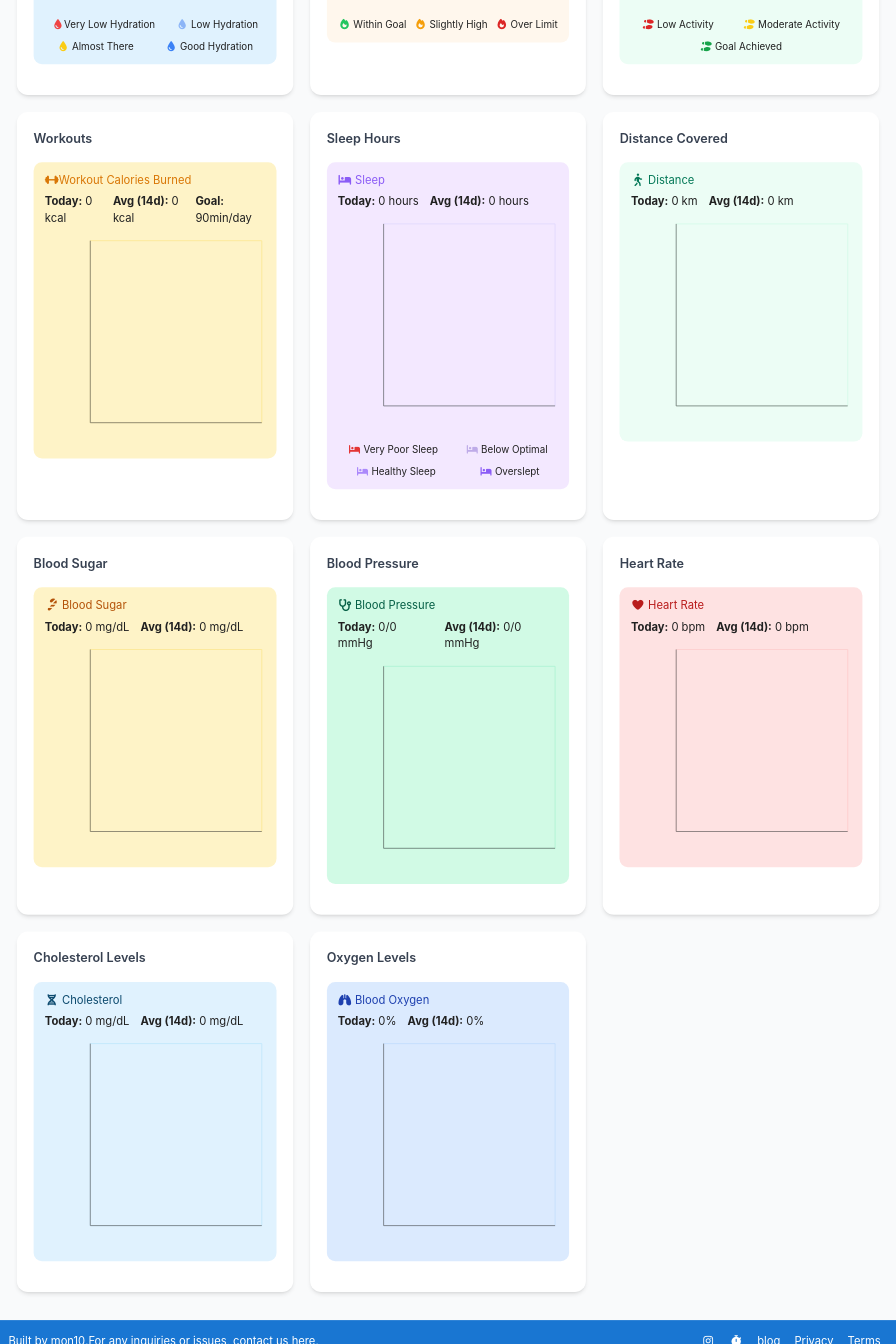
Repository: bhumikamourya/health-monitoring-application
Page: /dashboard (app in frontend/)
The author's editor kept a copy of each file at every save. The page is drawn from the files as they stood at one save, then again after the next save.
The browser window is 1280 px wide. The pictures show the part of the page from y = 687 to 2607 px (the page is 2633 px tall before and 2657 px after), at 70% of full size.
The page's requests for data from a server got no answer. Some web libraries are served in a nearby version. The project was rebuilt for these pictures with package versions that can differ from the ones it lists, and the page was loaded fresh each time. No one was signed in, and anything a server would have sent is missing. Also part of the build but not shown: frontend/src/components/Home/particleBackground.js, frontend/src/components/Home/Component1.js, frontend/src/components/Home/Component2.js, frontend/src/components/Home/Component3.js, frontend/src/components/Home/Component4.js, frontend/src/components/Home/HomePage.js, frontend/src/components/Blog/Component1.js, frontend/src/components/Blog/Component2.js and 16 more.

Above is the page before, as saved 2025-10-14 19:19:58.

After the next save:
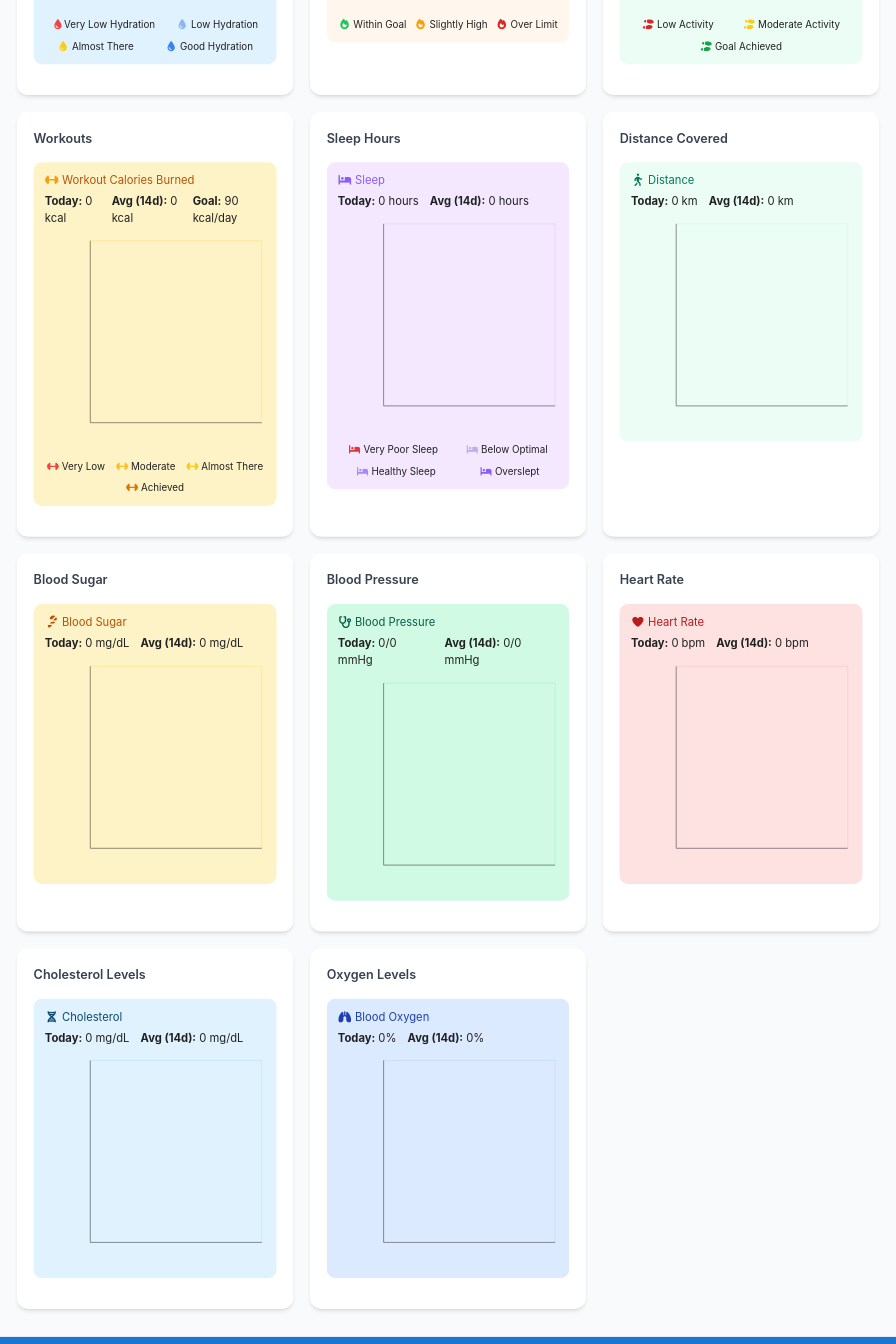
Saved 4 min 37 s later.
--- a/frontend/src/components/Charts/fitnessCharts.js
+++ b/frontend/src/components/Charts/fitnessCharts.js
@@ -367,26 +367,39 @@ function DistanceChart({ days = 7, target = 5 }) {
 function WorkoutChart({ days = 7, target = 90 }) {
   // workoutsCalories ke liye hook call
   const { data, todayTotal, avg } = useChartData("workouts", "caloriesBurned", days);
+
   const getWorkoutColor = (value, target) => {
-    if (value < target * 0.7) return "#ef4444";   // red - low
-    if (value < target) return "#fbbf24";         // amber - medium
-    return "#d97706";                             // green - achieved
+    if (value < target * 0.5) return "#ef4444";    // 🔴 Very Low
+    if (value < target * 0.8) return "#fbbf24";    // 🟠 Moderate
+    if (value < target) return "#facc15";          // 🟡 Almost There
+    return "#d97706";                              // 🟢 Achieved
   };
 
   const coloredData = data.map(d => ({
     ...d,
     fill: getWorkoutColor(d.caloriesBurned, target)
   }));
-  return (
-    <div style={{ maxWidth: 700, margin: "20px auto", background: "#fef3c7", borderRadius: 12, padding: 16 }}>
-      <h2 style={{ marginBottom: 8, color: "#d97706" }}>
-        <i className="fa-solid fa-dumbbell"></i>
-        Workout Calories Burned </h2>
+
+  return (
+    <div
+      style={{
+        maxWidth: 700,
+        margin: "20px auto",
+        background: "#fef3c7",
+        borderRadius: 12,
+        padding: 16
+      }}
+    >
+      <h2 style={{ marginBottom: 8, color: "#b45309" }}>
+        <i className="fa-solid fa-dumbbell" style={{ color: "#f59e0b" }}></i> Workout Calories Burned
+      </h2>
+
       <div style={{ display: "flex", gap: 16, marginBottom: 16 }}>
         <div><b>Today:</b> {todayTotal} kcal</div>
         <div><b>Avg ({days}d):</b> {avg} kcal</div>
-        <div><b>Goal:</b> {target}min/day</div>
-      </div>
+        <div><b>Goal:</b> {target} kcal/day</div>
+      </div>
+
       <div style={{ width: "100%", height: 300 }}>
         <ResponsiveContainer>
           <BarChart data={coloredData}>
@@ -395,13 +408,37 @@ function WorkoutChart({ days = 7, target = 90 }) {
             <YAxis allowDecimals={false} />
             <Tooltip content={<CustomTooltip unit="kcal" />} />
             <Bar dataKey="caloriesBurned" fill={({ payload }) => payload.fill} />
-            <Line type="monotone" dataKey={() => target} stroke="#b45309" strokeWidth={2} dot={false} />
-          </BarChart>
-        </ResponsiveContainer>
-      </div>
-    </div>
-  );
-}
+            <Line
+              type="monotone"
+              dataKey={() => target}
+              stroke="#b45309"
+              strokeWidth={2}
+              dot={false}
+            />
+          </BarChart>
+        </ResponsiveContainer>
+      </div>
+
+      {/* 👇 Color Legend Section */}
+      <div
+        style={{
+          marginTop: 16,
+          display: "flex",
+          justifyContent: "space-around",
+          flexWrap: "wrap",
+          gap: 10,
+          fontSize: 14
+        }}
+      >
+        <div><i style={{ color: "#ef4444" }} className="fa-solid fa-dumbbell"></i> Very Low</div>
+        <div><i style={{ color: "#fbbf24" }} className="fa-solid fa-dumbbell"></i> Moderate</div>
+        <div><i style={{ color: "#facc15" }} className="fa-solid fa-dumbbell"></i> Almost There</div>
+        <div><i style={{ color: "#d97706" }} className="fa-solid fa-dumbbell"></i> Achieved</div>
+      </div>
+    </div>
+  );
+}
+
 
 
 
